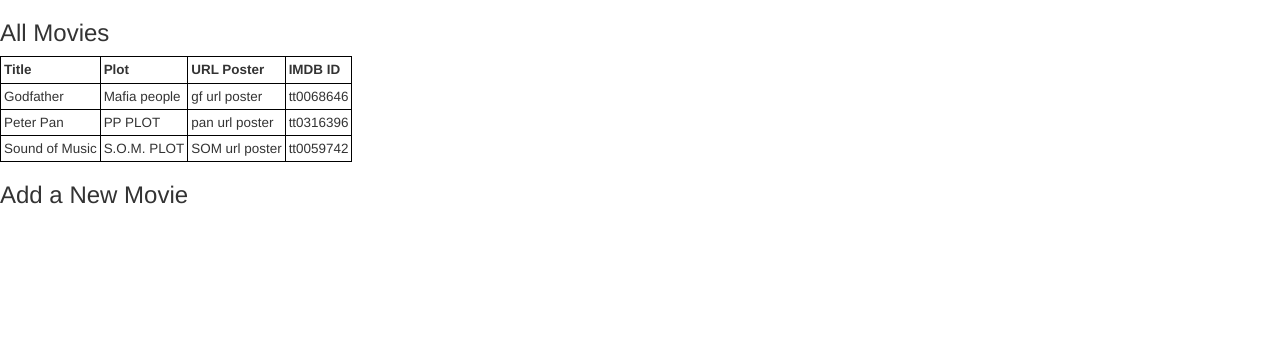
Repository: gitsana/JoseAnnunziato
Page: MyRestfulService/WebContent/movies.html
These files come from the project's save history. The page is drawn as it stood at one moment and after the next save; the edit follows.
The browser window is 1280 px wide. The pictures show the whole page.
The page's requests for data from a server got no answer.

Above is the page before, as saved 2015-10-02 03:13:11.

After the next save:
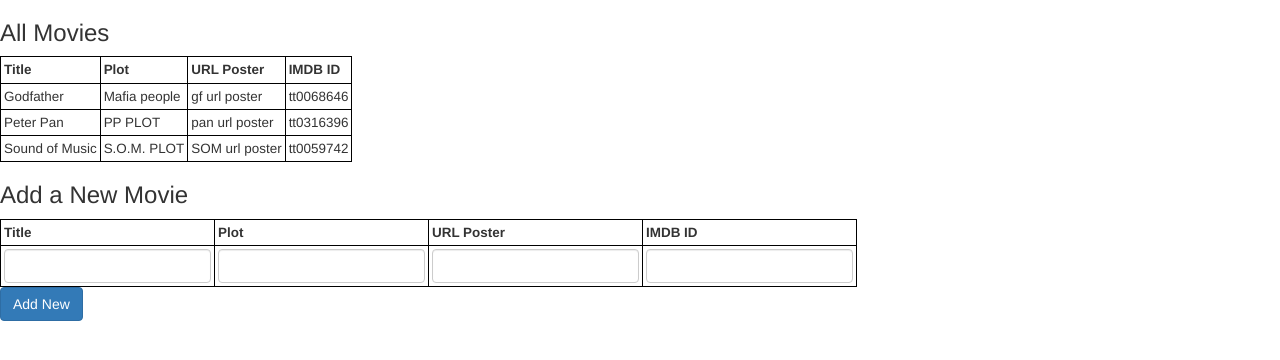
Saved 34 s later.
--- a/MyRestfulService/WebContent/movies.html
+++ b/MyRestfulService/WebContent/movies.html
@@ -27,7 +27,21 @@
 </table>
 
 <h3>Add a New Movie</h3>
-
+<table>
+	<tr>
+		<th>Title</th>
+		<th>Plot</th>
+		<th>URL Poster</th>
+		<th>IMDB ID</th>
+	</tr>
+	<tr>
+		<td><input class="form-control" name="newtitle"></td>
+		<td><input class="form-control" name="newplot"></td>
+		<td><input class="form-control" name="newurlposter"></td>
+		<td><input class="form-control" name="newimdbid"></td>
+	</tr>
+</table>
+<button class="btn btn-primary" name="addButton">Add New</button>
 
 <div id="div1"></div>
 
